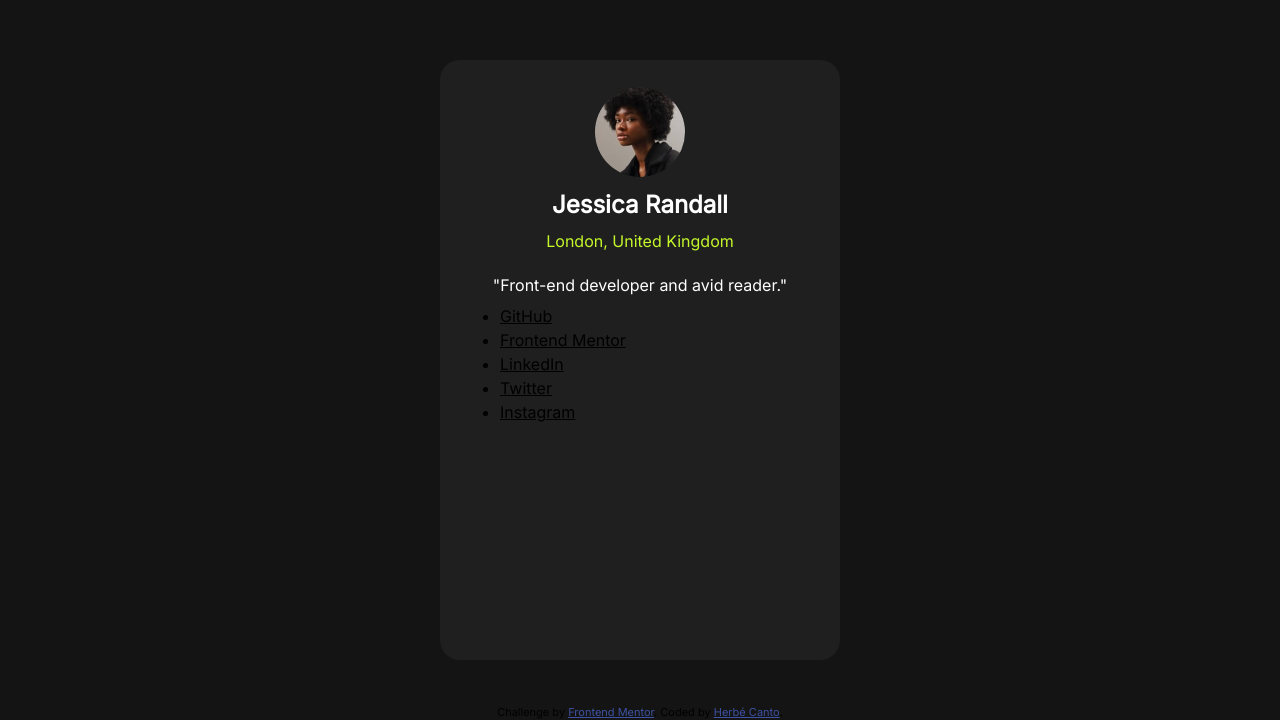
Repository: herbecanto/Social-Links-Profile
Page: index.html
These files come from the project's save history. The page is drawn as it stood at one moment and after the next save; the edit follows.
The browser window is 1280 px wide. The pictures show the whole page.

Above is the page before, as saved 2025-01-22 21:57:03.

### index.html
<!DOCTYPE html>
<html lang="en">
  <head>
    <meta charset="UTF-8" />
    <meta name="viewport" content="width=device-width, initial-scale=1.0" />
    <link
      rel="icon"
      type="image/png"
      sizes="32x32"
      href="./assets/images/favicon-32x32.png"
    />

    <title>Frontend Mentor | Social links profile</title>

    <link rel="stylesheet" href="assets/styles/style.css" />

    <link rel="preconnect" href="https://fonts.googleapis.com" />
    <link rel="preconnect" href="https://fonts.gstatic.com" crossorigin />
    <link
      href="https://fonts.googleapis.com/css2?family=Inter:ital,opsz,wght@400;600;700&display=swap"
      rel="stylesheet"
    />
    <style>
      .attribution {
        font-size: 11px;
        text-align: center;
      }
      .attribution a {
        color: hsl(228, 45%, 44%);
      }
    </style>
  </head>
  <body>
    <main>
      <section class="card-container">
        <div class="card-profile">
          <img src="/assets/images/avatar-jessica.jpeg" alt="Avatar pic" />

          <div class="card-profile-information">
            <h1>Jessica Randall</h1>
            <p>London, United Kingdom</p>
            <p>"Front-end developer and avid reader."</p>
          </div>
        </div>

        <div class="card-links">
          <ul>
            <li><a href="">GitHub</a></li>
            <li><a href="">Frontend Mentor</a></li>
            <li><a href="">LinkedIn</a></li>
            <li><a href="">Twitter</a></li>
            <li><a href="">Instagram</a></li>
          </ul>
        </div>
      </section>
    </main>

    <footer>
      <div class="attribution">
        Challenge by
        <a href="https://www.frontendmentor.io?ref=challenge" target="_blank"
          >Frontend Mentor</a
        >. Coded by <a href="#">Herbé Canto</a>.
      </div>
    </footer>
  </body>
</html>

### assets/styles/style.css
/* Box sizing rules */
*,
*::before,
*::after {
  box-sizing: border-box;
  margin: 0;
}

/* Prevent font size inflation */
html {
  -moz-text-size-adjust: none;
  -webkit-text-size-adjust: none;
  text-size-adjust: none;
}

/* Remove default margin in favour of better control in authored CSS */
body,
h1,
h2,
h3,
h4,
p,
figure,
blockquote,
dl,
dd {
  margin-block-end: 0;
}

/* Remove list styles on ul, ol elements with a list role, which suggests default styling will be removed */
ul[role="list"],
ol[role="list"] {
  list-style: none;
}

/* Set core body defaults */
body {
  min-height: 100vh;
  line-height: 1.5;
}

/* Set shorter line heights on headings and interactive elements */
h1,
h2,
h3,
h4,
button,
input,
label {
  line-height: 1.1;
}

/* Balance text wrapping on headings */
h1,
h2,
h3,
h4 {
  text-wrap: balance;
}

/* A elements that don't have a class get default styles */
a:not([class]) {
  text-decoration-skip-ink: auto;
  color: currentColor;
}

/* Make images easier to work with */
img,
picture {
  max-width: 100%;
  display: block;
}

/* Inherit fonts for inputs and buttons */
input,
button,
textarea,
select {
  font-family: inherit;
  font-size: inherit;
}

/* Make sure textarea without a rows attribute are not tiny */
textarea:not([rows]) {
  min-height: 10em;
}

/* Anything that has been anchored to should have extra scroll margin */
:target {
  scroll-margin-block: 5ex;
}

/* ^^^^CSS RESET^^^^ */
:root {
  --green: hsl(75, 94%, 57%);
  --white: hsl(0, 0%, 100%);
  --grey700: hsl(0, 0%, 20%);
  --grey800: hsl(0, 0%, 12%);
  --grey900: hsl(0, 0%, 8%);
}

html {
  font-family: "Inter", sans-serif;
}

body {
  background-color: var(--grey900);
}

main {
  width: 100%;
  height: 100vh;
  display: flex;
  justify-content: center;
  align-items: center;
}

.card-container {
  width: 90%;
  max-width: 400px;
  min-width: 280px;
  height: 600px;

  background-color: var(--grey800);
  border-radius: 20px;

  display: grid;
  grid-template-rows: 40% 60%;

  padding: 20px;
}

.card-profile {
  display: flex;
  flex-direction: column;
  align-items: center;
  justify-content: space-around;
}

.card-profile img {
  width: 90px;
  border-radius: 50%;
}

.card-profile-information {
  display: flex;
  flex-direction: column;
  align-items: center;
  text-align: center;
}
.card-profile-information h1 {
  color: var(--white);
  font-style: normal;
}
.card-profile-information p:nth-child(2) {
  color: var(--green);
  margin-top: 10px;
}
.card-profile-information p:last-child {
  color: var(--white);
  margin-top: 20px;
}

/* .card-links {
  display: flex;
}

.card-links ul {
  display: flex;
  flex-direction: column;
  align-items: center;
  justify-content: space-evenly;
  padding: 5px;
  width: 100%;
}
.card-links ul li {
  list-style: none;
  width: 100%;
  height: 50px;
  background-color: var(--grey700);
  border-radius: 10px;
  display: flex;
  justify-content: center;
  align-items: center;
}

.card-links ul li a {
  text-decoration: none;
  color: var(--white);
  font-weight: 600;
} */

footer .attribution {
  position: absolute;
  bottom: 0;
  width: 100%;
  justify-content: center;
}

After the next save:
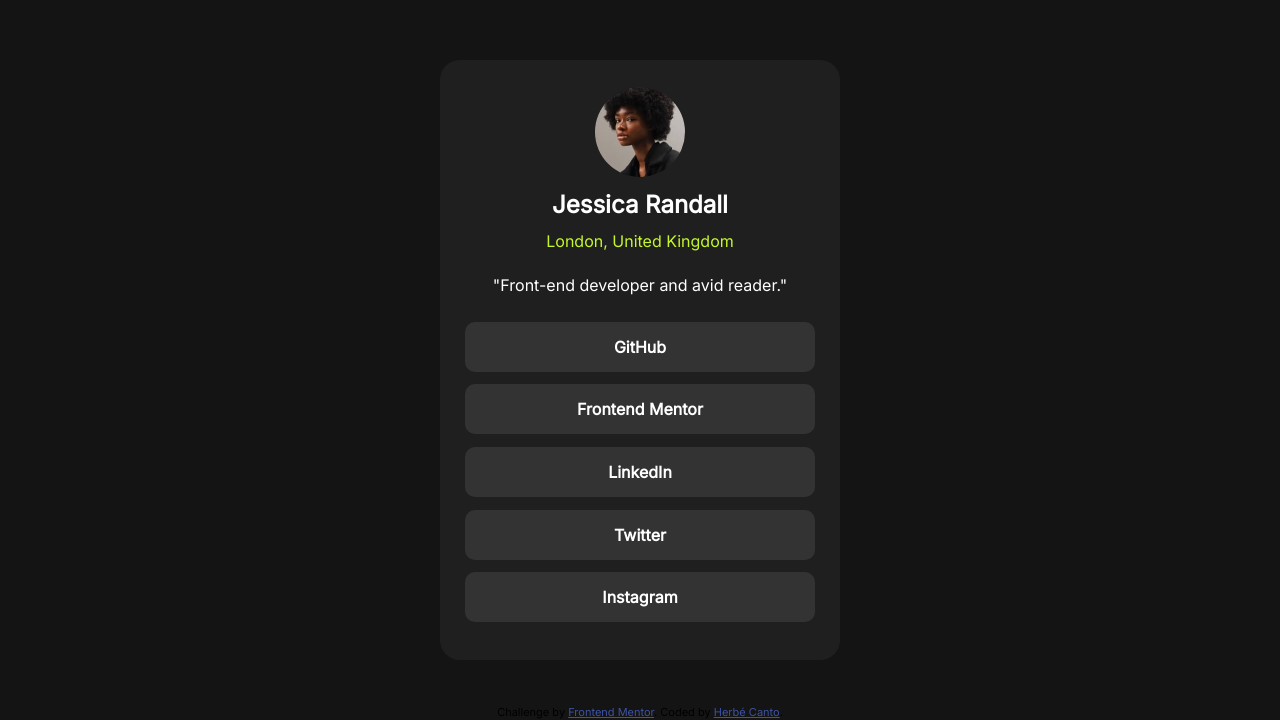
Saved 2 min 17 s later.
--- a/assets/styles/style.css
+++ b/assets/styles/style.css
@@ -161,7 +161,7 @@ main {
   margin-top: 20px;
 }
 
-/* .card-links {
+.card-links {
   display: flex;
 }
 
@@ -188,7 +188,8 @@ main {
   text-decoration: none;
   color: var(--white);
   font-weight: 600;
-} */
+
+}
 
 footer .attribution {
   position: absolute;
